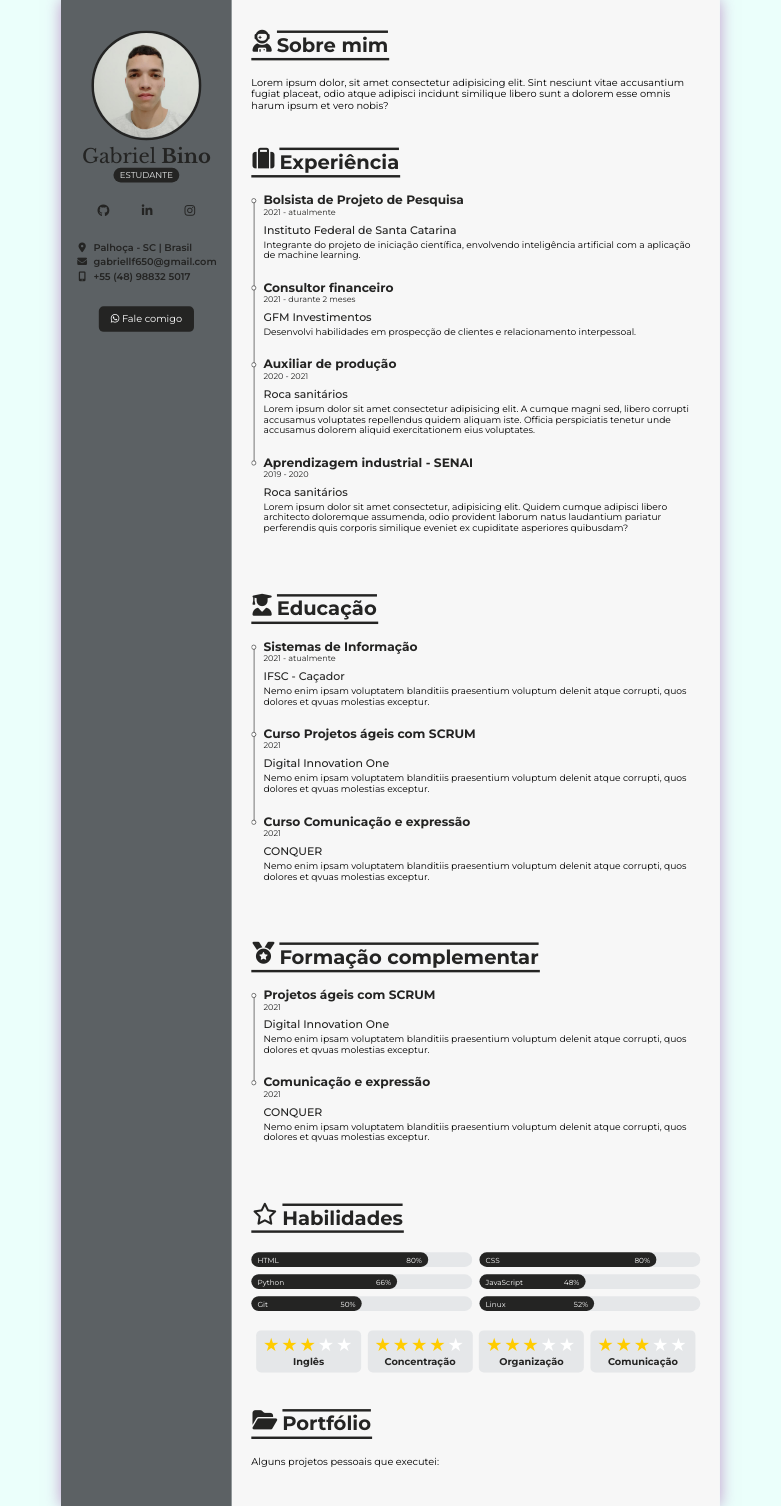
Repository: gabrielbino/curriculoResponsivo
Page: index.html
An editor plug-in stored every save of this project. The page is shown before and after the next save, followed by the edit.
The browser window is 1280 px wide. The pictures show the whole page, at 61% of full size.
Some web libraries are served in a nearby version.

Above is the page before, as saved 2021-10-19 16:36:47.

### index.html
<!DOCTYPE html>
<html lang="pt-br">
  <head>
    <meta charset="UTF-8" />

    <meta name="viewport" content="width=device-width, initial-scale=1" />

    <link
      rel="stylesheet"
      href="https://cdnjs.cloudflare.com/ajax/libs/normalize/8.0.1/normalize.min.css"
      integrity="sha512-NhSC1YmyruXifcj/KFRWoC561YpHpc5Jtzgvbuzx5VozKpWvQ+4nXhPdFgmx8xqexRcpAglTj9sIBWINXa8x5w=="
      crossorigin="anonymous"
      referrerpolicy="no-referrer"
    />

    <script
      src="https://kit.fontawesome.com/a6ac7cca8d.js"
      crossorigin="anonymous"
    ></script>

    <link rel="stylesheet" href="css/style.css" />

    <link rel="shortcut icon" href="img/favicon.ico" />

    <title>CV do Gabriel</title>
  </head>
  <body>
    <main>
      <aside>
        <div class="sidebar">
          <img
            class="profile-picture"
            src="./img/option_profile.jpeg"
            alt="Gabriel Bino"
          />
          <h1 class="title-name"><span>Gabriel</span> Bino</h1>
          <h3 class="subtitle-role">Estudante</h3>
          <div class="social-links">
            <a href="https://github.com/gabrielbino" target="_blank">
              <i class="fab fa-github"></i>
            </a>
            <a
              href="https://www.linkedin.com/in/gabriel-fernandes-bino-456499195/"
              target="_blank"
            >
              <i class="fab fa-linkedin-in"></i>
            </a>
            <!-- <a href="https://twitter.com/theleoad" target="_blank">
              <i class="fab fa-twitter"></i>
            </a> -->
            <a href="https://www.instagram.com/gabrielfbino/" target="_blank">
              <i class="fab fa-instagram"></i>
            </a>
          </div>
          <ul class="personal-data">
            <li>
              <i class="fas fa-map-marker-alt"></i>
              <span>Palhoça - SC | Brasil</span>
            </li>
            <li>
              <i class="fas fa-envelope"></i>
              <a href="mailto:galbriellf650@gmail.com"
                >gabriellf650@gmail.com</a
              >
            </li>
            <li>
              <i class="fas fa-mobile-alt"></i>
              <a href="tel:+5548988325017">+55 (48) 98832 5017</a>
            </li>
          </ul>
          <a
            class="download-button"
            href="https://wa.me/+5548988325017"
            target="_blank"
          >
            <i class="fab fa-whatsapp"></i>
            <span>Fale comigo</span>
          </a>
        </div>
      </aside>
      <section>
        <article>
          <div class="article-title-wrapper">
            <i class="fas fa-user-astronaut"></i>
            <h2 class="article-title">Sobre mim</h2>
          </div>
          <p>
            Lorem ipsum dolor, sit amet consectetur adipisicing elit. Sint
            nesciunt vitae accusantium fugiat placeat, odio atque adipisci
            incidunt similique libero sunt a dolorem esse omnis harum ipsum et
            vero nobis?
          </p>
        </article>
        <article>
          <div class="article-title-wrapper">
            <i class="fas fa-suitcase"></i>
            <h2 class="article-title">Experiência</h2>
          </div>
          <ul class="timeline">
            <li>
              <h4 class="timeline-title">Bolsista de Projeto de Pesquisa</h4>
              <h5 class="timeline-time">2021 - atualmente</h5>
              <h6 class="timeline-place">
                Instituto Federal de Santa Catarina
              </h6>
              <p class="timeline-text">
                Integrante do projeto de iniciação científica, envolvendo
                inteligência artificial com a aplicação de machine learning.
              </p>
            </li>
            <li>
              <h4 class="timeline-title">Consultor financeiro</h4>
              <h5 class="timeline-time">2021 - durante 2 meses</h5>
              <h6 class="timeline-place">GFM Investimentos</h6>
              <p class="timeline-text">
                Desenvolvi habilidades em prospecção de clientes e
                relacionamento interpessoal.
              </p>
            </li>
            <li>
              <h4 class="timeline-title">Auxiliar de produção</h4>
              <h5 class="timeline-time">2020 - 2021</h5>
              <h6 class="timeline-place">Roca sanitários</h6>
              <p class="timeline-text">
                Lorem ipsum dolor sit amet consectetur adipisicing elit. A
                cumque magni sed, libero corrupti accusamus voluptates
                repellendus quidem aliquam iste. Officia perspiciatis tenetur
                unde accusamus dolorem aliquid exercitationem eius voluptates.
              </p>
            </li>
            <li>
              <h4 class="timeline-title">Aprendizagem industrial - SENAI</h4>
              <h5 class="timeline-time">2019 - 2020</h5>
              <h6 class="timeline-place">Roca sanitários</h6>
              <p class="timeline-text">
                Lorem ipsum dolor sit amet consectetur, adipisicing elit. Quidem
                cumque adipisci libero architecto doloremque assumenda, odio
                provident laborum natus laudantium pariatur perferendis quis
                corporis similique eveniet ex cupiditate asperiores quibusdam?
              </p>
            </li>
          </ul>
        </article>
        <article>
          <div class="article-title-wrapper">
            <i class="fas fa-user-graduate"></i>
            <h2 class="article-title">Educação</h2>
          </div>
          <ul class="timeline">
            <li>
              <h4 class="timeline-title">Sistemas de Informação</h4>
              <h5 class="timeline-time">2021 - atualmente</h5>
              <h6 class="timeline-place">IFSC - Caçador</h6>
              <p class="timeline-text">
                Nemo enim ipsam voluptatem blanditiis praesentium voluptum
                delenit atque corrupti, quos dolores et qvuas molestias
                exceptur.
              </p>
            </li>
            <li>
              <h4 class="timeline-title">Curso Projetos ágeis com SCRUM</h4>
              <h5 class="timeline-time">2021</h5>
              <h6 class="timeline-place">Digital Innovation One</h6>
              <p class="timeline-text">
                Nemo enim ipsam voluptatem blanditiis praesentium voluptum
                delenit atque corrupti, quos dolores et qvuas molestias
                exceptur.
              </p>
            </li>
            <li>
              <h4 class="timeline-title">Curso Comunicação e expressão</h4>
              <h5 class="timeline-time">2021</h5>
              <h6 class="timeline-place">CONQUER</h6>
              <p class="timeline-text">
                Nemo enim ipsam voluptatem blanditiis praesentium voluptum
                delenit atque corrupti, quos dolores et qvuas molestias
                exceptur.
              </p>
            </li>
          </ul>
        </article>
        <article>
          <div class="article-title-wrapper">
            <i class="fas fa-medal"></i>
            <h2 class="article-title">Formação complementar</h2>
          </div>
          <ul class="timeline">
            <li>
              <h4 class="timeline-title">Projetos ágeis com SCRUM</h4>
              <h5 class="timeline-time">2021</h5>
              <h6 class="timeline-place">Digital Innovation One</h6>
              <p class="timeline-text">
                Nemo enim ipsam voluptatem blanditiis praesentium voluptum
                delenit atque corrupti, quos dolores et qvuas molestias
                exceptur.
              </p>
            </li>
            <li>
              <h4 class="timeline-title">Comunicação e expressão</h4>
              <h5 class="timeline-time">2021</h5>
              <h6 class="timeline-place">CONQUER</h6>
              <p class="timeline-text">
                Nemo enim ipsam voluptatem blanditiis praesentium voluptum
                delenit atque corrupti, quos dolores et qvuas molestias
                exceptur.
              </p>
            </li>
          </ul>
        </article>
        <article>
          <div class="article-title-wrapper">
            <i class="far fa-star"></i>
            <h2 class="article-title">Habilidades</h2>
          </div>
          <div class="skills-container">
            <div class="progress">
              <div class="progress-bar" role="progressbar" style="width: 80%">
                <div class="progress-text">
                  <span>HTML</span>
                  <span>80%</span>
                </div>
              </div>
            </div>
            <div class="progress">
              <div class="progress-bar" role="progressbar" style="width: 80%">
                <div class="progress-text">
                  <span>CSS</span>
                  <span>80%</span>
                </div>
              </div>
            </div>
            <div class="progress">
              <div class="progress-bar" role="progressbar" style="width: 66%">
                <div class="progress-text">
                  <span>Python</span>
                  <span>66%</span>
                </div>
              </div>
            </div>
            <div class="progress">
              <div class="progress-bar" role="progressbar" style="width: 48%">
                <div class="progress-text">
                  <span>JavaScript</span>
                  <span>48%</span>
                </div>
              </div>
            </div>
            <div class="progress">
              <div class="progress-bar" role="progressbar" style="width: 50%">
                <div class="progress-text">
                  <span>Git</span>
                  <span>50%</span>
                </div>
              </div>
            </div>
            <div class="progress">
              <div class="progress-bar" role="progressbar" style="width: 52%">
                <div class="progress-text">
                  <span>Linux</span>
                  <span>52%</span>
                </div>
              </div>
            </div>
          </div>
          <div class="soft-skills">
            <div class="soft-skill">
              <div class="soft-skill-rating" style="--rating: 3"></div>
              <h4 class="soft-skill-label">Inglês</h4>
            </div>
            <div class="soft-skill">
              <div class="soft-skill-rating" style="--rating: 4"></div>
              <h4 class="soft-skill-label">Concentração</h4>
            </div>
            <div class="soft-skill">
              <div class="soft-skill-rating" style="--rating: 3"></div>
              <h4 class="soft-skill-label">Organização</h4>
            </div>
            <div class="soft-skill">
              <div class="soft-skill-rating" style="--rating: 3"></div>
              <h4 class="soft-skill-label">Comunicação</h4>
            </div>
          </div>
        </article>
        <article>
          <div class="article-title-wrapper">
            <i class="fas fa-folder-open"></i>
            <h2 class="article-title">Portfólio</h2>
          </div>
          <p>Alguns projetos pessoais que executei:</p>
          <div class="portfolio">
            <a href="#" class="portfolio-item">
              <div></div>
            </a>
            <a href="#" class="portfolio-item">
              <div></div>
            </a>
            <a href="#" class="portfolio-item">
              <div></div>
            </a>
            <a href="#" class="portfolio-item">
              <div></div>
            </a>
          </div>
        </article>
      </section>
    </main>
  </body>
</html>

### css/style.css
@import url("https://fonts.googleapis.com/css2?family=Libre+Baskerville:wght@400;700&family=Montserrat:wght@400;500;600;700&display=swap");

* {
  box-sizing: border-box;
}

img {
  max-width: 100%;
}

body {
  background-color: #ebfffb;
  color: black;
  font-family: "Montserrat", sans-serif;
}

main {
  background-color: #ebfffb;
  box-shadow: 0 0 1.5rem rgba(149, 56, 158, 0.5);
  display: flex;
  margin: 0 auto;
  max-width: 1080px;
  min-height: 100vh;
  width: 100%;
}

aside {
  background-color: #4b4e53e3;
  padding: 50px 0 16px;
  width: 280px;
}

.sidebar {
  align-items: center;
  display: flex;
  flex-direction: column;
  position: sticky;
  top: 16px;
  width: 100%;
}

.profile-picture {
  border-radius: 50%;
  border: solid 4px #242423;
  width: 180px;
}

.title-name {
  color: #242423;
  font-family: "Libre Baskerville", serif;
  font-weight: 700;
  margin: 8px 0 0;
}

.title-name span {
  font-weight: 500;
}

.subtitle-role {
  background: #242423;
  border-radius: 12px;
  color: #e9ebec;
  font-size: 14px;
  font-weight: 400;
  margin: 0;
  padding: 4px 10px;
  text-transform: uppercase;
}

.social-links {
  display: flex;
  font-size: 20px;
  justify-content: space-between;
  margin: 36px 0;
  width: 160px;
}

.social-links a {
  color: #242423;
}

.social-links a:hover {
  color: #e8eddf;
}

.personal-data {
  list-style-type: none;
  margin: 0;
  padding: 0;
}

.personal-data li {
  color: #242423;
  font-weight: 600;
  line-height: 1.5;
}

.personal-data li a {
  color: inherit;
  text-decoration: none;
}

.personal-data i {
  margin-right: 4px;
  text-align: center;
  width: 20px;
}

.download-button {
  background: #242423;
  border-radius: 8px;
  color: white;
  display: block;
  margin: 36px 0;
  padding: 12px 20px;
  text-decoration: none;
}

section {
  background-color: #f7f7f7;
  padding: 50px 32px 0;
  width: calc(100% - 280px);
}

article:not(:last-of-type) {
  margin-bottom: 60px;
}

.article-title-wrapper {
  align-items: center;
  border-bottom: 4px solid;
  color: #242423;
  display: inline-flex;
  margin-bottom: 12px;
  padding: 0 2px;
}
.article-title-wrapper i {
  font-size: 36px;
  margin: -8px 8px 0 0;
}

.article-title {
  border-top: 4px solid;
  color: #242423;
  font-size: 32px;
  font-weight: 800;
  margin: 0 0 2px;
  padding-top: 2px;
}

.timeline {
  list-style: none;
  margin: 20px 0;
  padding: 0;
}

.timeline li {
  margin: 0;
  padding: 2px 0 40px 20px;
  position: relative;
}

.timeline li::after {
  background-color: #fff;
  border-radius: 50%;
  border: 1px solid #242423;
  box-sizing: border-box;
  content: "";
  display: inline-block;
  height: 8px;
  left: 0;
  position: absolute;
  top: 2px;
  width: 8px;
}

.timeline li:not(:last-of-type)::before {
  background-color: #242423;
  content: "";
  height: 100%;
  left: 3.5px;
  position: absolute;
  top: calc(0.5em - 4px);
  width: 1px;
}

.timeline-title {
  color: #242423;
  font-size: 20px;
  margin: -8px 0 0;
}

.timeline-time {
  color: #242423;
  font-weight: 400;
  margin: 0;
}

.timeline-place {
  color: #242423;
  font-size: 18px;
  font-weight: 500;
  margin: 12px 0 4px;
}

.timeline-text {
  font-size: 15px;
  margin: 0;
}

.skills-container {
  display: flex;
  flex-wrap: wrap;
  justify-content: space-between;
  margin: 20px 0;
}

.progress {
  background-color: rgba(68, 86, 108, 0.1);
  border-radius: 20px;
  display: flex;
  font-size: 0.75rem;
  height: 1.5rem;
  margin-bottom: 12px;
  width: calc(50% - 6px);
}

.progress-bar {
  align-items: center;
  background-color: #242423;
  border-radius: 20px;
  color: #fff;
  display: flex;
  padding: 0 10px;
}

.progress-text {
  display: flex;
  justify-content: space-between;
  width: 100%;
}

.soft-skills {
  display: flex;
  justify-content: space-between;
  padding: 0 8px;
}

.soft-skill {
  background-color: rgba(68, 86, 108, 0.1);
  border-radius: 8px;
  padding: 8px;
  text-align: center;
  width: calc(25% - 8px);
}

.soft-skill-rating {
  --percent: calc(var(--rating) / 5 * 100%);
  display: inline-block;
  font-family: Times;
  font-size: 30px;
  line-height: 1;
}

.soft-skill-rating::before {
  background-clip: text;
  background: linear-gradient(90deg, #fc0 var(--percent), #fff var(--percent));
  content: "★★★★★";
  letter-spacing: 3px;
  -webkit-background-clip: text;
  -webkit-text-fill-color: transparent;
}

.soft-skill-label {
  color: #242423;
  margin: 4px 0 0;
}

.portfolio {
  display: flex;
  flex-wrap: wrap;
  justify-content: space-between;
}

.portfolio-item {
  margin-bottom: 24px;
  text-decoration: none;
  width: calc(50% - 12px);
}

/* .portfolio-item div {
  margin: 0;
}

.portfolio-item figcaption {
  color: #3c6e71;
  font-weight: 800;
  text-align: center;
} */

@media (max-width: 1024px) {
  .soft-skills {
    flex-wrap: wrap;
  }

  .soft-skill {
    margin: 4px;
    width: calc(50% - 8px);
  }
}

@media (max-width: 768px) {
  main {
    display: block;
  }

  aside,
  section {
    width: 100%;
  }

  section {
    padding: 32px 16px 0;
  }

  .article-title-wrapper {
    display: flex;
    padding: 0;
  }

  .progress,
  .soft-skill,
  .portfolio-item,
  .article-title {
    width: 100%;
  }

  .portfolio-item figure {
    text-align: center;
  }
}

After the next save:
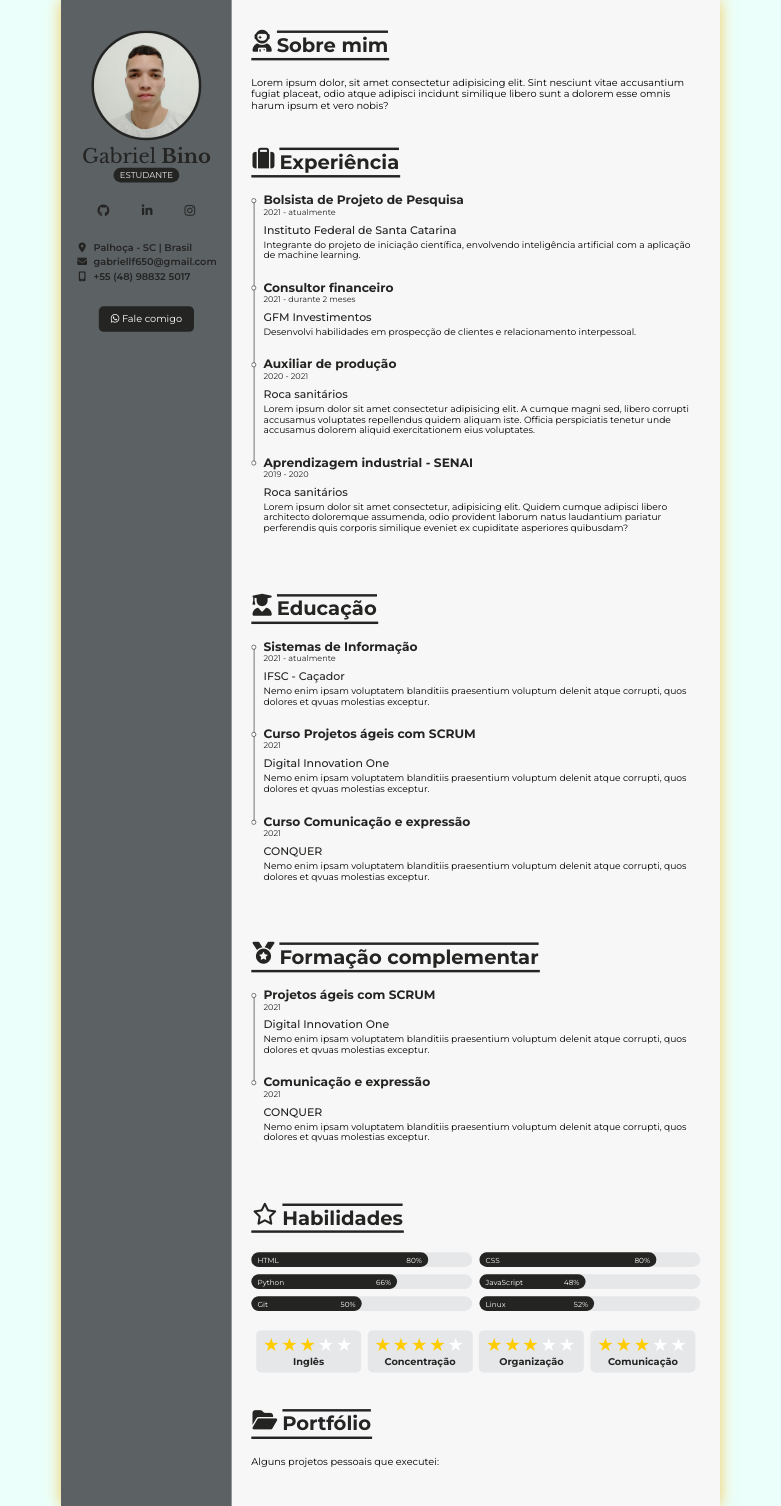
Saved 80 s later.
--- a/css/style.css
+++ b/css/style.css
@@ -16,7 +16,7 @@ body {
 
 main {
   background-color: #ebfffb;
-  box-shadow: 0 0 1.5rem rgba(149, 56, 158, 0.5);
+  box-shadow: 0 0 1.5rem #f5cb5c;
   display: flex;
   margin: 0 auto;
   max-width: 1080px;
